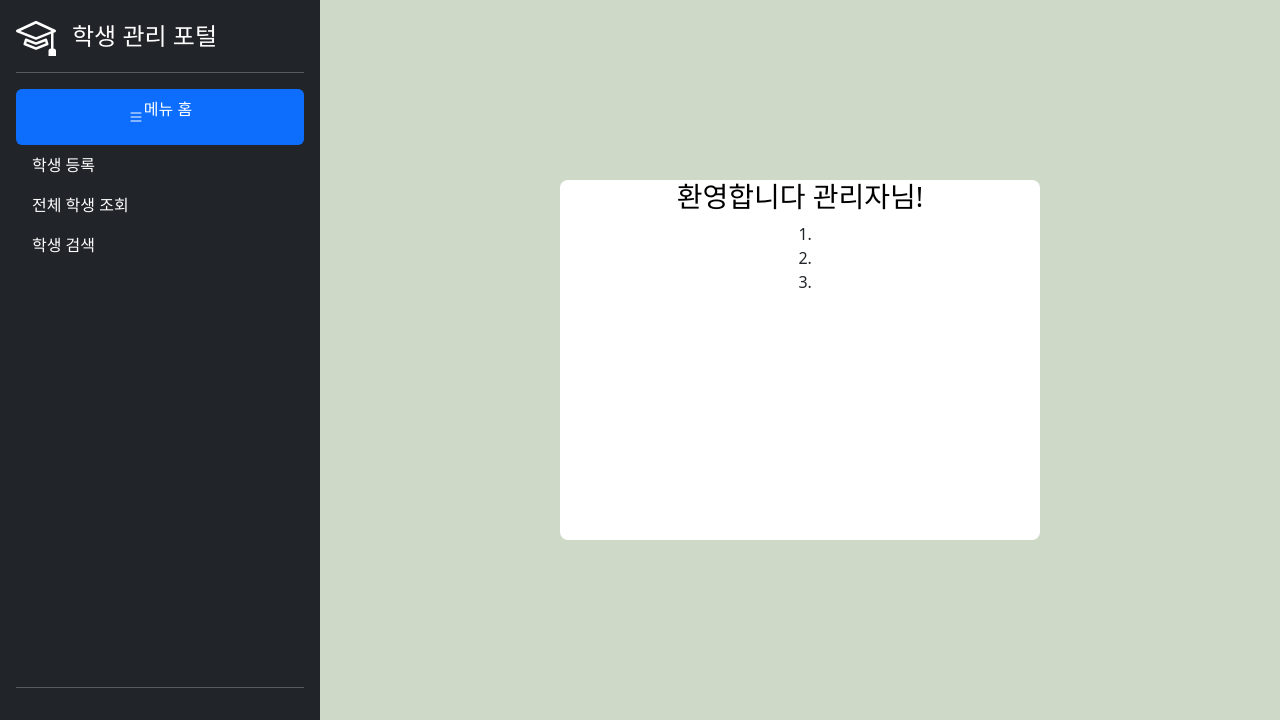
Repository: invisibleufo101/StudentManagementWeb
Page: HSW_Web/src/main/webapp/index.html
These files come from the project's save history. The page is drawn as it stood at one moment and after the next save; the edit follows.
The browser window is 1280 px wide. The pictures show the whole page.

Above is the page before, as saved 2024-09-19 11:09:11.

After the next save:
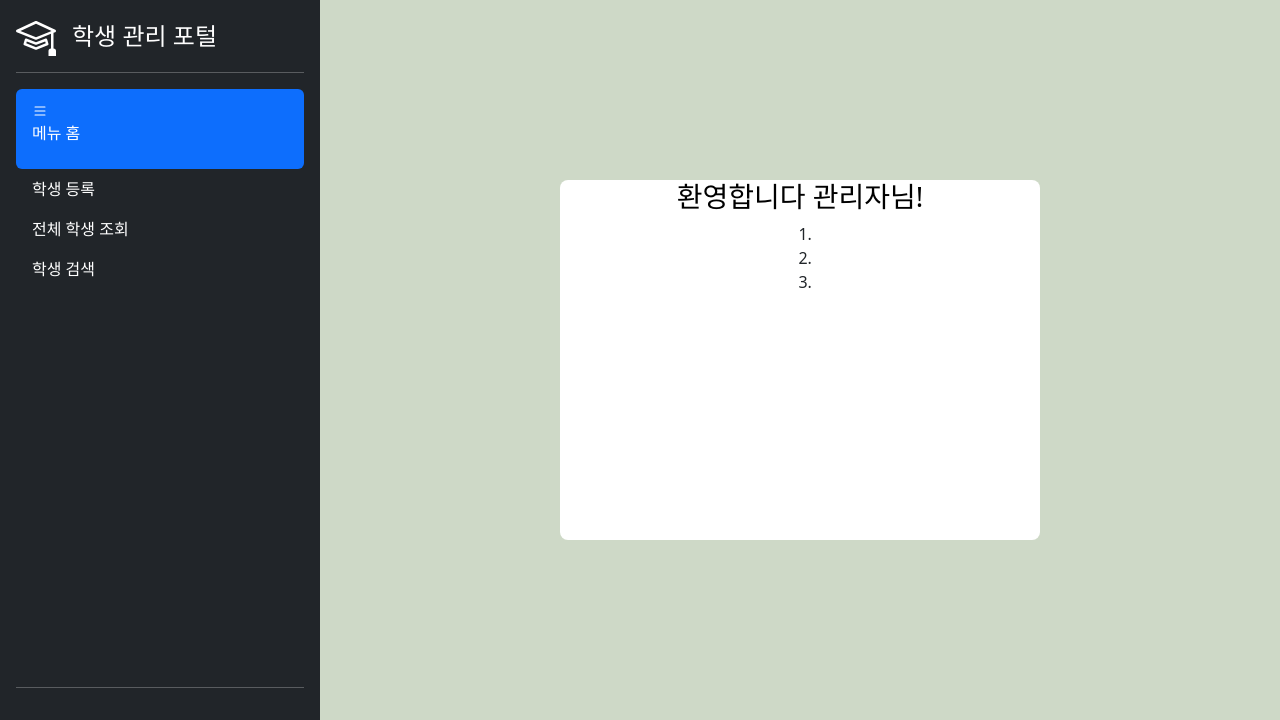
Saved 9 s later.
--- a/HSW_Web/src/main/webapp/index.html
+++ b/HSW_Web/src/main/webapp/index.html
@@ -23,7 +23,7 @@
 			<ul class="nav nav-pills flex-column mb-auto">
 				<li class="nav-item">
 					<a href="#" class="nav-link active">
-						<div class="d-lg-flex justify-content-center align-items-center">
+						<div class="d-flex-lg justify-content-center align-items-center">
 							<svg class="" xmlns="http://www.w3.org/2000/svg" width="16" height="16" fill="currentColor" class="bi bi-list" viewBox="0 0 16 16">
 		  						<path fill-rule="evenodd" d="M2.5 12a.5.5 0 0 1 .5-.5h10a.5.5 0 0 1 0 1H3a.5.5 0 0 1-.5-.5m0-4a.5.5 0 0 1 .5-.5h10a.5.5 0 0 1 0 1H3a.5.5 0 0 1-.5-.5m0-4a.5.5 0 0 1 .5-.5h10a.5.5 0 0 1 0 1H3a.5.5 0 0 1-.5-.5"/>
 							</svg>

After the save that followed:
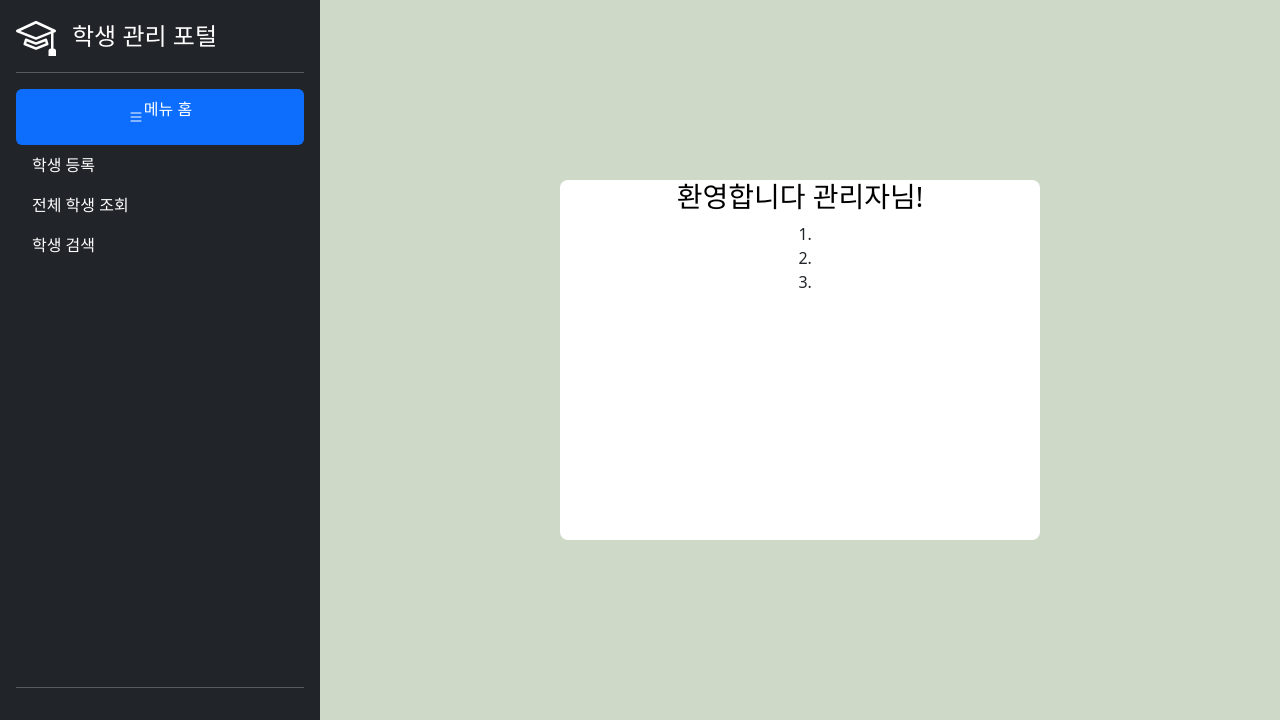
Saved 10 s later.
--- a/HSW_Web/src/main/webapp/index.html
+++ b/HSW_Web/src/main/webapp/index.html
@@ -23,7 +23,7 @@
 			<ul class="nav nav-pills flex-column mb-auto">
 				<li class="nav-item">
 					<a href="#" class="nav-link active">
-						<div class="d-flex-lg justify-content-center align-items-center">
+						<div class="d-flex justify-content-center align-items-center">
 							<svg class="" xmlns="http://www.w3.org/2000/svg" width="16" height="16" fill="currentColor" class="bi bi-list" viewBox="0 0 16 16">
 		  						<path fill-rule="evenodd" d="M2.5 12a.5.5 0 0 1 .5-.5h10a.5.5 0 0 1 0 1H3a.5.5 0 0 1-.5-.5m0-4a.5.5 0 0 1 .5-.5h10a.5.5 0 0 1 0 1H3a.5.5 0 0 1-.5-.5m0-4a.5.5 0 0 1 .5-.5h10a.5.5 0 0 1 0 1H3a.5.5 0 0 1-.5-.5"/>
 							</svg>
